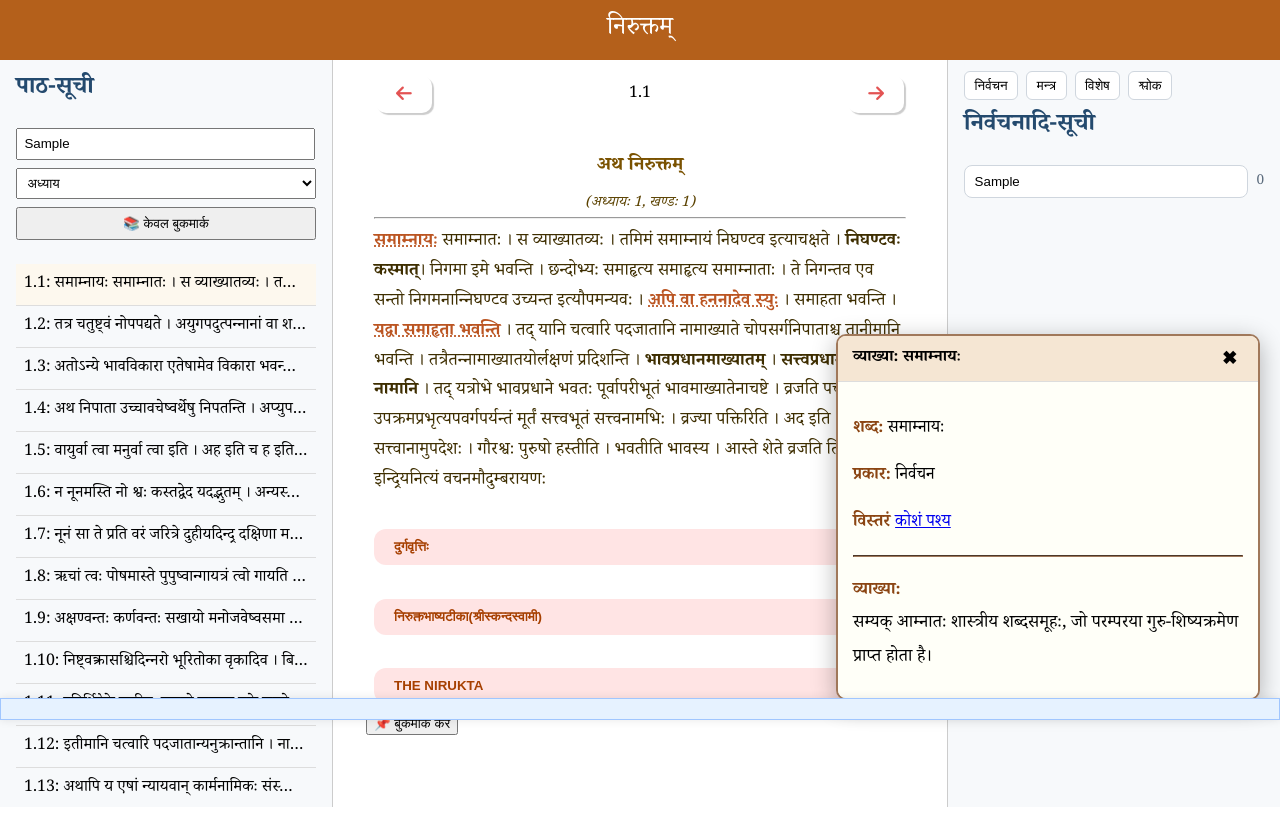
Repository: sanskritsphere/Niruktam
Page: index.html
An editor plug-in stored every save of this project. The page is shown before and after the next save, followed by the edit.
The browser window is 1280 px wide. The pictures show the whole page.
Empty fields were first filled with sample values (such as "Sample", 5 or name@example.com).
After loading, the first visible `#mark-\#b-0-text-0` was clicked once.
Some web fonts or font styles are not loaded; a fallback is used.

Above is the page before, as saved 2025-12-14 08:27:03.

### index.html
<!DOCTYPE html>
<html lang="sa">
<head>
  <meta charset="UTF-8">
  <meta name="viewport" content="width=device-width, initial-scale=1.0">
  <title>निरुक्तम्(1.1)</title>
  <link rel="stylesheet" type="text/css" href="style.css">
  <link rel="stylesheet" href="https://cdnjs.cloudflare.com/ajax/libs/font-awesome/6.5.0/css/all.min.css">
  <link href="https://fonts.googleapis.com/css2?family=Noto+Serif+Devanagari&family=Mukta&family=Tiro+Devanagari+Sanskrit&display=swap" rel="stylesheet">
  </head>
<body>
  <div class="loader" id="loader"></div>
  <div id="header">
    <span>निरुक्तम्</span>
  </div>
  <button class="menu-toggle" onclick="toggleSidebar()">☰</button>

  <aside id="sidebar">
    <h2>पाठ-सूची</h2>
    <input id="searchInput" oninput="leftSearch()" type="text" placeholder="पाठ खोजें...">
    <select id="filterAdhyay" name="selector"><option value=""></option></select>
    <button id="filterBookmarked">📚 केवल बुकमार्क</button>
       <ul id="sutraList"></ul>
  </aside>


  <div id="tipsBox"></div>
  <main onclick="toggleSidebar(true)">
    <div id="sutraContent"></div>
  </main>

   <aside id="markSidebar">
  <h2>निर्वचनादि-सूची</h2>

  <div class="markSearch">
    <input id="markSearchInput" type="search" placeholder="शब्द खोजें..." />
    <span id="markSearchCount"></span>
  </div>

  <ul id="markList"></ul>
</aside>

<!-- =================== -->
 <div id="vyakhya" class="vyakhya-panel">
  <div class="vyakhya-header">
    <span id="vyakhya-title">व्याख्या</span>
    <button onclick="closeVyakhya()" style="background:none;border:none;font-size:1.2rem;cursor:pointer;">✖</button>
  </div>
  <div id="vyakhya-content"></div>
</div>

 <script src="script.js" defer></script>
</body>
</html>

### script.js
// =============== STATE ===============
// =============== CUSTOM VYAKHYA DATA ===============
// =============== CUSTOM VYAKHYA DATA (केवल meaning class वाले) ===============
const customVyakhya = [
  {

    "shabda": "समाम्नायः",
    "vyakaran": "निष्पत्तिः- सम् + आ + म्ना (अभ्यासे)'घञ्' (३-३-१८) । 'युक्' (७-३-३३)",
    "vyakhya": "सम्यक् आम्नातः शास्त्रीय शब्दसमूहः, जो परम्परया गुरु-शिष्यक्रमेण प्राप्त होता है।",
    "link" : "<a href='https://ashtadhyayi.com/kosha?search=%E0%A4%B8%E0%A4%AE%E0%A4%BE%E0%A4%AE%E0%A5%8D%E0%A4%A8%E0%A4%BE%E0%A4%AF%E0%A4%83'>कोशं पश्य</a>"
  },
  {
    "shabda": "निघण्टवः",
    "vyakaran": "नि + गम् + तु / नि+घटि (भाषार्थे)+णिच् 'कुः' (उ० १-३७),",
    "vyakhya": "अर्थान् निघण्टयत्यस्मान्निघण्टुः परिकीर्तितः"
  },
  {
    "shabda": "अपि वा हननादेव स्युः",
    "vyakaran": "नि + हन् + तु",
    "vyakhya": "हन धातु से निष्पत्ति का विकल्पात्मक मत, समाहार-अर्थ के कारण।"
  },
  {
    "shabda": "यद्वा समाहृता भवन्ति",
    "vyakaran": "नि+घटि (भाषार्थे)+णिच् 'कुः' (उ० १-३७)",
    "vyakhya": "छन्दों से शब्दों के संग्रह के कारण निघण्टु नामकरण का दूसरा मत।"
  },
  {
    "shabda": "आख्यातम्",
    "vyakaran": "नि+घटि (भाषार्थे)+णिच् 'कुः' (उ० १-३७)",
    "vyakhya": "जिस पद में क्रिया या भाव की प्रधानता हो, वह आख्यात कहलाता है।"
  },
  {
    "shabda": "नामानि",
    "vyakaran": "नि+घटि (भाषार्थे)+णिच् 'कुः' (उ० १-३७)",
    "vyakhya": "जिस पद में द्रव्य या वस्तु का बोध प्रधान हो, वह नामपद होता है।"
  }
];
// Normalisation helper for matching (Devanagari NFC + trim)
function normalizeShabda(s) {
  return (s || "").normalize("NFC").trim();
}
let data = [];
let currentIndex = 0;
let listElements = [];

const TAGS = [
  { key: '#b', label: 'निर्वचन' },  // #b(.*?)b#
  { key: '#m', label: 'मन्त्र' },   // #m(.*?)m#
  { key: '#v', label: 'विशेष' }, // #v(.*?)v#
  { key: '#s', label: 'श्लोक'}   // #s(.*?)s#
];

const termsByTag = {};               // { b:[], m:[], v:[] }
TAGS.forEach(t => termsByTag[t.key] = []);

const bookmarked = new Set();
const doubts = JSON.parse(localStorage.getItem('doubts') || '[]');

const markState = { query: "", activeTag: 'b' };  // right sidebar
const leftSearchState = { q: "" };                // left sidebar search

// सिर्फ left-labels के लिए b...b unwrap (list label generate करते समय)
const MARK_RE_B = /b(.*?)b/g;


// =============== HELPERS ===============
function normalizeNFC(s){ return (s || "").normalize("NFC"); }

function escapeHTML(s=""){
  return s.replace(/[&<>"']/g, c => ({
    '&':'&amp;','<':'&lt;','>':'&gt;','"':'&quot;',"'":'&#39;'
  }[c]));
}

function highlightLabel(label="", q=""){
  label = normalizeNFC(label);
  q = normalizeNFC(q);
  const safe = escapeHTML(label);
  if(!q) return safe;
  const re = new RegExp(q.replace(/[.*+?^${}()|[\]\\]/g, '\\$&'), 'gi');
  return safe.replace(re, m => `<span class="mark">${m}</span>`);
}

function debounce(fn, wait = 200){
  let t;
  return (...args) => { clearTimeout(t); t = setTimeout(() => fn(...args), wait); };
}

function highlightDoubts(text, doubtTexts) {
  if (!text) return '';
  let out = text;
  doubtTexts.forEach(doubt => {
    const q = normalizeNFC(doubt);
    if (!q) return;
    const re = new RegExp(`(${q.replace(/[.*+?^${}()|[\]\\]/g, '\\$&')})`, 'g');
    out = out.replace(re, '<span class="doubt-highlight">$1</span>');
  });
  return out;
}

/* ========= main content temporary highlight after click ========= */
function flashSearchInMain(query, duration = 1600){
  query = (query || "").trim();
  if (!query) return;
  const container = document.getElementById('sutraContent');
  if (!container) return;

  const qN = normalizeNFC(query).toLowerCase();

  // remove previous flashes
  container.querySelectorAll('.main-flash').forEach(span => {
    const text = document.createTextNode(span.textContent);
    const p = span.parentNode;
    if (p) p.replaceChild(text, span);
  });

  // walk text nodes and wrap matches
  const walker = document.createTreeWalker(container, NodeFilter.SHOW_TEXT, null);
  let node, firstSpan = null;

  const wrapMatchesInNode = (textNode) => {
    const original = textNode.nodeValue;
    const origN = normalizeNFC(original);
    const hay = origN.toLowerCase();

    let start = 0, idx = hay.indexOf(qN, start);
    if (idx === -1) return;

    const parent = textNode.parentNode;
    const frag = document.createDocumentFragment();
    let pos = 0;

    while (idx !== -1) {
      const absStart = idx;
      const absEnd = idx + qN.length;

      const before = original.slice(pos, absStart);
      const match  = original.slice(absStart, absEnd);

      if (before) frag.appendChild(document.createTextNode(before));

      const span = document.createElement('span');
      span.className = 'main-flash';
      span.textContent = match;
      frag.appendChild(span);
      if (!firstSpan) firstSpan = span;

      pos = absEnd;
      start = absEnd;
      idx = hay.indexOf(qN, start);
    }
    const after = original.slice(pos);
    if (after) frag.appendChild(document.createTextNode(after));

    parent.replaceChild(frag, textNode);
  };

  while ((node = walker.nextNode())) {
    if (!node.parentElement) continue;
    const tag = node.parentElement.tagName;
    if (tag === 'SCRIPT' || tag === 'STYLE') continue;
    wrapMatchesInNode(node);
  }

  if (firstSpan) {
    firstSpan.scrollIntoView({ behavior: 'smooth', block: 'center' });
  }

  setTimeout(() => {
    container.querySelectorAll('.main-flash').forEach(span => {
      const text = document.createTextNode(span.textContent);
      const p = span.parentNode;
      if (p) p.replaceChild(text, span);
    });
  }, duration);
}
/* ========= /flash ========= */

/* ========= SINGLE-PASS tag collector: b/m/v/... =========
   किसी एक replace से सारे tags पकड़ो ताकि HTML inject होने के बाद regex न बिगड़े  */
function processAllTags(str, sutraIdx, field){
  let src = str || '';
  if (!src) return { html: '' };

  const keys = TAGS.map(t => t.key);                   // ['b','m','v',...]
  const re = new RegExp(`(${keys.join("|")})([\\s\\S]*?)\\1`, "g"); // (b|m|v) ... \1

  const counters = Object.fromEntries(keys.map(k => [k, 0]));

  const html = src.replace(re, (m, tagKey, inner) => {
    const i = counters[tagKey]++;
    const id = `mark-${tagKey}-${sutraIdx}-${field}-${i}`;
    const label = (inner || '').trim();

    // collect strictly into active tag bucket
    termsByTag[tagKey].push({ id, label, sutraIdx, field, tag: tagKey });

    // visible anchor (escape to avoid leaking tags)
    return `<span class="mark-anchor tag-${tagKey}" id="${id}"><b>${escapeHTML(label)}</b></span>`;
  });

  return { html };
}


// =============== RENDER: MAIN PANEL ===============
function renderSutra(index) {
  const sutra = data[index];
  if (!sutra) return;

  const doubtTexts = doubts.filter(d => d.index === sutra.index).map(d => d.text);
  const container = document.getElementById('sutraContent');
  if (!container) return;

  container.innerHTML = `
    <div class="sutra">
      <div class="sutra-btn">
        <button onclick="navigate(-1)"><i class="fas fa-arrow-left"></i></button>
        <p>${sutra.index}</p>
        <button onclick="navigate(1)"><i class="fas fa-arrow-right"></i></button>
      </div>

      <div class="section"><strong>अथ निरुक्तम्</strong>
        <div class="meta">(अध्यायः ${sutra.adhyay}, खण्डः ${sutra.khand})</div><hr>
        ${highlightDoubts(sutra.text, doubtTexts)}
      </div>

      <div class="section">
        <button class="toggle-btn" onclick="toggleExclusive('durg')">दुर्गवृत्तिः</button>
        <div id="durg" class="toggle-content"><hr>${highlightDoubts(sutra.durg, doubtTexts)}</div>
      </div>
      <div class="section">
        <button class="toggle-btn" onclick="toggleExclusive('skand')">निरुक्तभाष्यटीका(श्रीस्कन्दस्वामी)</button>
        <div id="skand" class="toggle-content"><hr>${highlightDoubts(sutra.skand, doubtTexts)}</div>
      </div>
       <div class="section">
        <button class="toggle-btn" onclick="toggleExclusive('vivaran')">THE NIRUKTA</button>
        <div id="vivaran" class="toggle-content"><hr>${highlightDoubts(sutra.vivaran, doubtTexts)}</div>
      </div>
      <button class="add-remove-bookmark" onclick="toggleBookmark(${index})">
        ${bookmarked.has(index) ? '🔖 बुकमार्क हटाएं' : '📌 बुकमार्क करें'}
      </button>
      <br><br><br><br>
    </div>
  `;

      // केवल meaning class वाले निर्वचन शब्द clickable बनाओ
  container.querySelectorAll('.mark-anchor').forEach(anchor => {
    const anchorId = anchor.id;

    // term ढूंढो
    let foundTerm = null;
    for (const tagKey in termsByTag) {
      foundTerm = termsByTag[tagKey].find(t => t.id === anchorId);
      if (foundTerm) break;
    }

    if (!foundTerm) {
      anchor.style.cursor = 'default';
      return;
    }

    const normalizedLabel = normalizeShabda(foundTerm.label);

    // customVyakhya में match करे?
    const hasCustom = customVyakhya.some(entry =>
      normalizeShabda(entry.shabda) === normalizedLabel
    );

    if (hasCustom) {
      // यह meaning class वाला है → clickable
      anchor.style.cursor = 'pointer';
      anchor.title = 'व्याख्या देखने के लिए क्लिक करें';
      anchor.classList.add('meaning'); // वैकल्पिक: CSS में अलग स्टाइल के लिए
      anchor.onclick = (e) => {
        e.stopPropagation();
        showVyakhya(anchorId);
      };
    } else {
      // meaning class में नहीं → non-clickable
      anchor.style.cursor = 'default';
      anchor.title = '';
      anchor.onclick = null;
    }
  });

  listElements.forEach((el, i) => {
    el.classList.toggle('active', i === index);
    if (i === index) document.title = `นिरुक्त_(${sutra.index})`;
  });
}


// =============== LEFT LIST (always from plain) ===============
function populateSidebar() {
  const ul = document.getElementById('sutraList');
  if (!ul) return;

  ul.innerHTML = '';
  listElements = [];

  data.forEach((sutra, index) => {
    const base = `${sutra.index}: ${sutra.text_plain || ""}`.trim();
    const title = base;
    const label = base;

    const li = document.createElement('li');
    li.textContent = label;          // plain
    li.title = title;
    li.dataset.baseLabel = label;    // restore के लिए

    li.onclick = (e) => {
      e.stopPropagation();
      currentIndex = index;
      renderSutra(index);
      if (leftSearchState.q && leftSearchState.q.trim()) {
        setTimeout(() => flashSearchInMain(leftSearchState.q), 60);
      }
      toggleSidebar(true);
    };

    listElements.push(li);
    ul.appendChild(li);
  });
}

// master renderer: left search + adhyay + bookmark
function applyFilters() {
  const ul = document.getElementById('sutraList');
  if (!ul) return;

  const adhyayEl = document.getElementById('filterAdhyay');
  const bookmarkedBtn = document.getElementById('filterBookmarked');

  const adhyay = adhyayEl ? adhyayEl.value : "";
  const showBookmarked = bookmarkedBtn ? bookmarkedBtn.classList.contains('active') : false;

  const q = normalizeNFC((leftSearchState.q || "").toLowerCase());

  ul.innerHTML = '';

  listElements.forEach((li, i) => {
    const s = data[i];
    const passAdhyay   = (!adhyay || s.adhyay == adhyay);
    const passBookmark = (!showBookmarked || bookmarked.has(i));
    const passSearch   = (!q || (s._search || "").includes(q));

    if (passAdhyay && passBookmark && passSearch) {
      ul.appendChild(li);
    }
  });
}


// =============== RIGHT SIDEBAR (tabs + list) ===============
function buildMarkTabs(){
  const sidebar = document.getElementById('markSidebar');
  if (!sidebar) return;

  let tabs = document.getElementById('markTabs');
  if (!tabs){
    tabs = document.createElement('div');
    tabs.id = 'markTabs';
    tabs.style.display = 'flex';
    tabs.style.gap = '.5rem';
    tabs.style.marginBottom = '.5rem';
    tabs.style.flexWrap = 'wrap';
    const h2 = sidebar.querySelector('h2');
    if (h2 && h2.parentNode) h2.parentNode.insertBefore(tabs, h2);
    else sidebar.insertBefore(tabs, sidebar.firstChild);
  }

  tabs.innerHTML = '';
  TAGS.forEach(tag => {
    const btn = document.createElement('button');
    btn.className = 'mark-tab-btn';
    btn.textContent = tag.label;
    btn.dataset.tag = tag.key;
    btn.style.padding = '.35rem .6rem';
    btn.style.border = '1px solid #cfd6de';
    btn.style.borderRadius = '6px';
    btn.style.background = (markState.activeTag === tag.key) ? '#e8f0fe' : '#fff';
    btn.style.cursor = 'pointer';
    btn.setAttribute('aria-selected', markState.activeTag === tag.key ? 'true' : 'false');
    btn.onclick = () => {
      markState.activeTag = tag.key;
      buildMarkTabs();     // active style refresh
      renderMarkSidebar(); // list refresh
    };
    tabs.appendChild(btn);
  });
}

function renderMarkSidebar() {
  const ul = document.getElementById('markList');
  const countEl = document.getElementById('markSearchCount');
  if (!ul) return;

  const active = markState.activeTag || 'b';
  const source = termsByTag[active] || [];

  const q = normalizeNFC((markState.query || "").toLowerCase().trim());
  const filtered = q
    ? source.filter(t => normalizeNFC(t.label).toLowerCase().includes(q))
    : source;

  ul.innerHTML = '';

  filtered.forEach((t) => {
    const li = document.createElement('li');
    const idx = data[t.sutraIdx]?.index || '';
    li.innerHTML = `${highlightLabel(t.label, q)} <span style="opacity:.7">(${idx})</span>`;
    li.title = `${t.label} — सूक्त ${idx}`;
    li.onclick = (e) => {
      e.stopPropagation();
      currentIndex = t.sutraIdx;
      renderSutra(currentIndex);
      if (markState.query && markState.query.trim()) {
        setTimeout(() => flashSearchInMain(markState.query), 60);
      }
      setTimeout(() => {
        const el = document.getElementById(t.id);
        if (el) {
          el.classList.add('flash');
          el.scrollIntoView({ behavior: 'smooth', block: 'center' });
          setTimeout(() => el.classList.remove('flash'), 1500);
        }
      }, 50);
    };
    ul.appendChild(li);
  });

  if (countEl) countEl.textContent = String(filtered.length || 0);
}


// =============== FILTERS / NAV / TOGGLES ===============
function updateFilters() {
  const adhyaySet = new Set();
  data.forEach(s => adhyaySet.add(s.adhyay));
  const sel = document.getElementById('filterAdhyay');
  if (!sel) return;
  sel.innerHTML = '<option value="">अध्याय</option>' + [...adhyaySet].map(a => `<option>${a}</option>`).join('');
}

function navigate(offset) {
  const newIndex = currentIndex + offset;
  if (newIndex >= 0 && newIndex < data.length) {
    currentIndex = newIndex;
    renderSutra(currentIndex);
  }
}

function toggleBookmark(index) {
  bookmarked.has(index) ? bookmarked.delete(index) : bookmarked.add(index);
  renderSutra(index);
  applyFilters();
}

function toggleSidebar(forceClose = null) {
  const aside = document.getElementById('sidebar');
  if (!aside) return;
  if (forceClose === true) aside.classList.remove('open');
  else if (forceClose === false) aside.classList.add('open');
  else aside.classList.toggle('open');
}

function toggleExclusive(idToShow) {
  ['durg', 'skand', 'vivaran'].forEach(id => {
    const el = document.getElementById(id);
    if (!el) return;
    el.style.display = id === idToShow && el.style.display !== 'block' ? 'block' : 'none';
  });
}


// =============== UI WIRING (bind after DOMContentLoaded) ===============
function wireUI(){

  // LEFT sidebar search input (always from plain dataset)
  const input = document.getElementById("searchInput");
  if (input){
    input.addEventListener('input', function() {
      leftSearchState.q = input.value || "";

      const filter = input.value.normalize("NFC").toUpperCase();
      const ul = document.getElementById("sutraList");
      const li = ul.getElementsByTagName("li");

      for (let i = 0; i < li.length; i++) {
        const base = (li[i].dataset.baseLabel || li[i].textContent || "").normalize("NFC");
        const idx = base.toUpperCase().indexOf(filter);

        if (idx > -1) {
          li[i].style.display = "";
          const before = base.slice(0, idx);
          const middle = base.slice(idx, idx + filter.length);
          const after  = base.slice(idx + filter.length);
          li[i].innerHTML = `${before}<span class="chihnit">${middle}</span>${after}`;
        } else {
          li[i].style.display = "none";
          li[i].textContent = base; // restore plain
        }
      }
    });
  }

  // Filters wiring
  const adhyaySelect = document.getElementById('filterAdhyay');
  if (adhyaySelect) adhyaySelect.onchange = applyFilters;

  const bookmarkedBtnEl = document.getElementById('filterBookmarked');
  if (bookmarkedBtnEl){
    bookmarkedBtnEl.onclick = function () {
      this.classList.toggle('active');
      applyFilters();
    };
  }

  // RIGHT sidebar search input
  const markSearchInput = document.getElementById('markSearchInput');
  if (markSearchInput){
    markState.query = ""; // init
    markSearchInput.addEventListener('input', debounce(e => {
      markState.query = e.target.value || "";
      renderMarkSidebar();
    }, 150));
  }

  // Build right tabs initially
  buildMarkTabs();
}


// =============== FETCH + PROCESS ===============
document.addEventListener('DOMContentLoaded', () => {
  wireUI();  // DOM ready

  fetch("data.json")
    .then(res => res.json())
    .then(json => {
      // reset buckets each load
      TAGS.forEach(t => { termsByTag[t.key] = []; });

      data = json.niruktam.map((item, i) => {
        // Plain versions for LEFT labels/search (strip all tags + unwrap b/m/v)
        const rawText  = item.text  || "";
        const rawDurg  = item.durg  || "";
        const rawSkand = item.skand || "";
        const rawVivaran = item.vivaran || "";

        const stripAll = s => (s || "")
  .replace(/<[^>]*>/g, "")
  .replace(/#b([\s\S]*?)#b/g, (_, p1)=> (p1||"").trim())
  .replace(/#m([\s\S]*?)#m/g, (_, p1)=> (p1||"").trim())
  .replace(/#v([\s\S]*?)#v/g, (_, p1)=> (p1||"").trim())
  .replace(/#s([\s\S]*?)#s/g, (_, p1)=> (p1||"").trim());

        const text_plain  = stripAll(rawText);
        const durg_plain  = stripAll(rawDurg);
        const skand_plain = stripAll(rawSkand);
        const vivaran_plain = stripAll(rawVivaran);

        // Left search key from plain text
        const searchKey = normalizeNFC((item.index + ': ' + text_plain)).toLowerCase();

        // Main HTML with anchors for ALL configured tags (single-pass)
        const pText  = processAllTags(item.text,  i, 'text');
        const pDurg  = processAllTags(item.durg,  i, 'durg');
        const pSkand = processAllTags(item.skand, i, 'skand');
        const pVivaran = processAllTags(item.vivaran, i, 'vivaran');

        return {
          ...item,
          text:  pText.html,
          durg:  pDurg.html,
          skand: pSkand.html,
          vivaran: pVivaran.html,
          text_plain,
          durg_plain,
          skand_plain,
          vivaran_plain,
          _search: searchKey
        };
      });

      // Left list + filters
      populateSidebar();
      updateFilters();
      applyFilters();

      // Main + Right side
      renderSutra(currentIndex);
      renderMarkSidebar();

      const loader = document.getElementById('loader');
      if (loader) loader.style.display = 'none';
    })
    .catch(err => {
      const cont = document.getElementById('sutraContent');
      if (cont) cont.innerText = 'Error loading data: ' + err.message;
      const loader = document.getElementById('loader');
      if (loader) loader.style.display = 'none';
    });
});


// ======================================
function showVyakhya(anchorId) {
  const panel = document.getElementById('vyakhya');
  const contentEl = document.getElementById('vyakhya-content');
  const titleEl = document.getElementById('vyakhya-title');
  if (!panel || !contentEl || !titleEl) return;

  let foundTerm = null;
  for (const tagKey in termsByTag) {
    foundTerm = termsByTag[tagKey].find(t => t.id === anchorId);
    if (foundTerm) break;
  }

  if (!foundTerm) {
    return; // कोई term नहीं मिला → कुछ मत करो
  }

  const sutra = data[foundTerm.sutraIdx];
  if (!sutra) return;

  const normalizedLabel = normalizeShabda(foundTerm.label);

  // केवल custom व्याख्या ढूंढो
  const customEntry = customVyakhya.find(entry =>
    normalizeShabda(entry.shabda) === normalizedLabel
  );

  // अगर custom व्याख्या नहीं मिली → panel बिल्कुल न खोलो
  if (!customEntry) {
    return;
  }

  // custom व्याख्या मिल गई → panel खोलो
  const tagLabel = TAGS.find(t => t.key === foundTerm.tag)?.label || foundTerm.tag;

  titleEl.textContent = `व्याख्या: ${foundTerm.label}`;

  contentEl.innerHTML = `
    <p><strong>शब्द:</strong> ${foundTerm.label}</p>
    <p><strong>प्रकार:</strong> ${tagLabel}</p>
    <p><strong>विस्तरं </strong> ${customEntry.link}</p>
    <hr style="margin:10px 0; border-color:#a0785a;">
    <div style="font-size:1.1rem; line-height:1.9; padding:8px 0;">
      <strong>व्याख्या:</strong><br>
      ${customEntry.vyakhya}
    </div>
  `;

  panel.classList.add('open');
}
function closeVyakhya() {
  const panel = document.getElementById('vyakhya');
  if (panel) panel.classList.remove('open');
}

Loaded but not shown: data.json (4814 lines, source omitted); style.css (366 lines, source omitted)

After the next save:
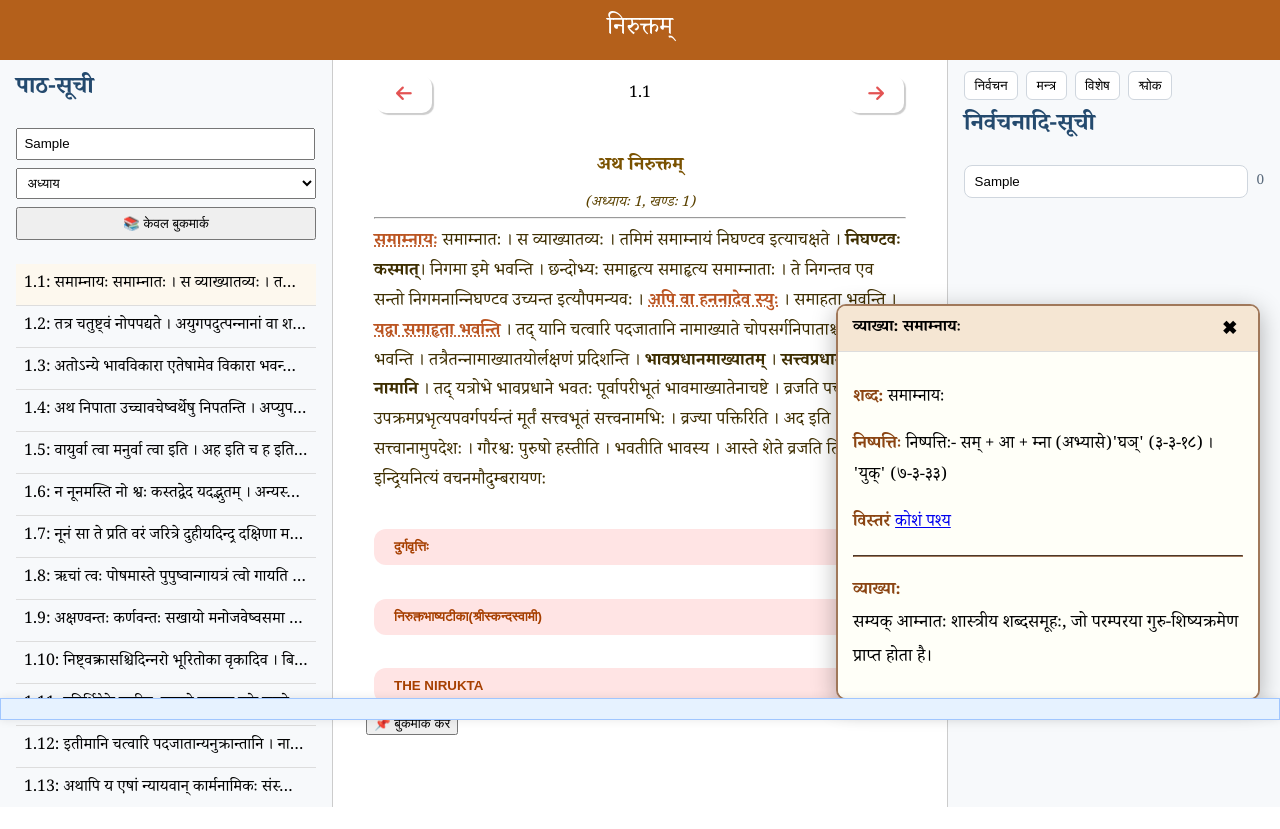
Saved 68 s later.
--- a/script.js
+++ b/script.js
@@ -644,7 +644,7 @@ function showVyakhya(anchorId) {
 
   contentEl.innerHTML = `
     <p><strong>शब्द:</strong> ${foundTerm.label}</p>
-    <p><strong>प्रकार:</strong> ${tagLabel}</p>
+    <p><strong>निष्पत्तिः</strong> ${customEntry.vyakaran}</p>
     <p><strong>विस्तरं </strong> ${customEntry.link}</p>
     <hr style="margin:10px 0; border-color:#a0785a;">
     <div style="font-size:1.1rem; line-height:1.9; padding:8px 0;">
